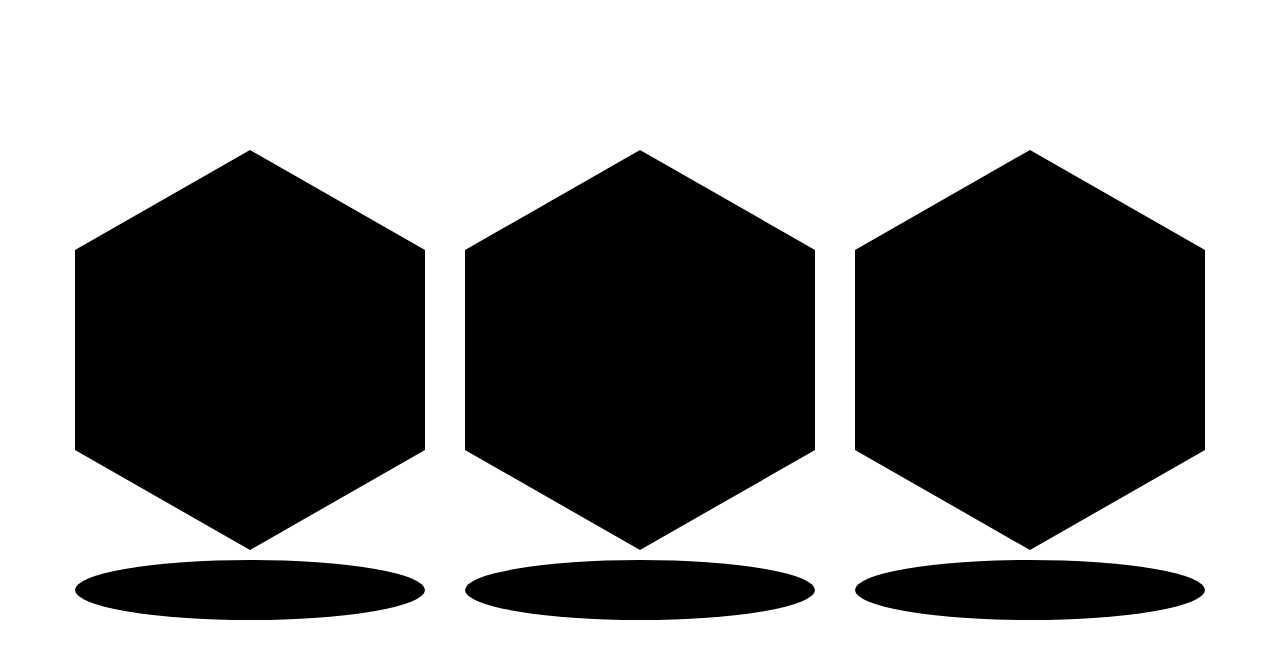
Repository: honghyunAhn/DailyFront
Page: Day210211_CSS_Hexagon_Div_Hover_Effects/index.html
An editor plug-in stored every save of this project. The page is shown before and after the next save, followed by the edit.
The browser window is 1280 px wide. The pictures show the whole page.

Above is the page before, as saved 2021-02-11 18:42:40.

After the next save:
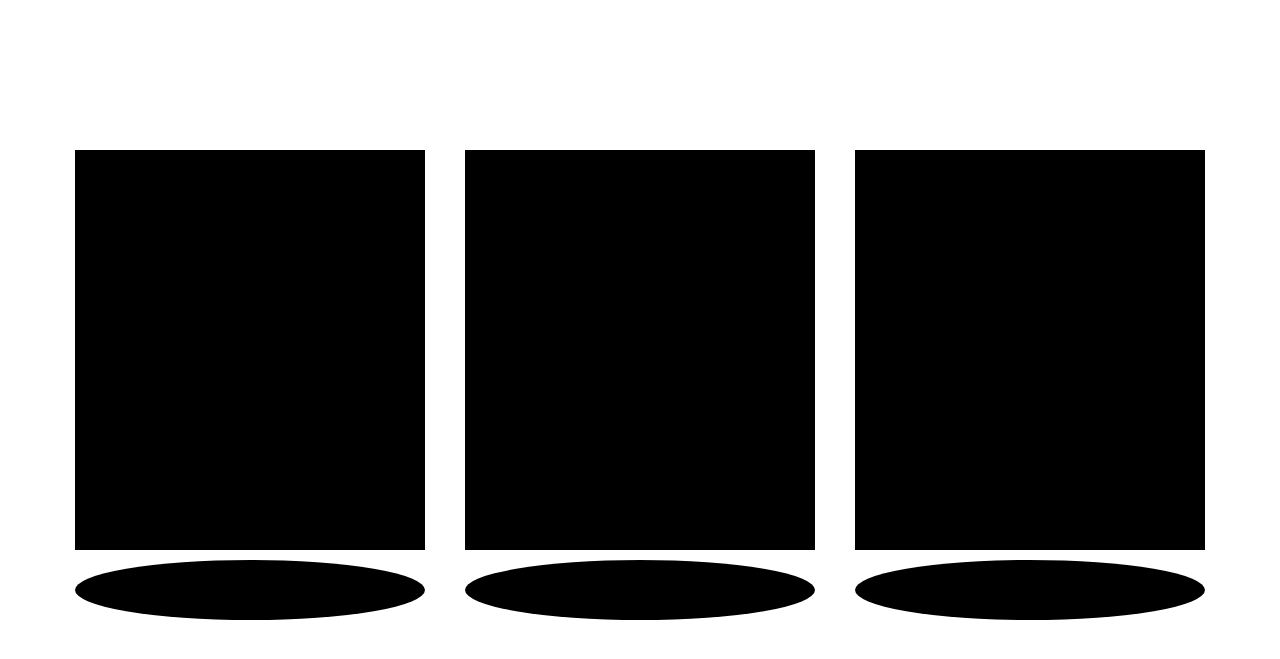
Saved 28 h 3 min later.
--- a/Day210211_CSS_Hexagon_Div_Hover_Effects/style.css
+++ b/Day210211_CSS_Hexagon_Div_Hover_Effects/style.css
@@ -41,5 +41,4 @@
   width: 100%;
   height: 100%;
   background: #000;
-  clip-path: polygon(0 25%, 50% 0, 100% 25%, 100% 75%, 50% 100%, 0 75%);
 }

After the save that followed:
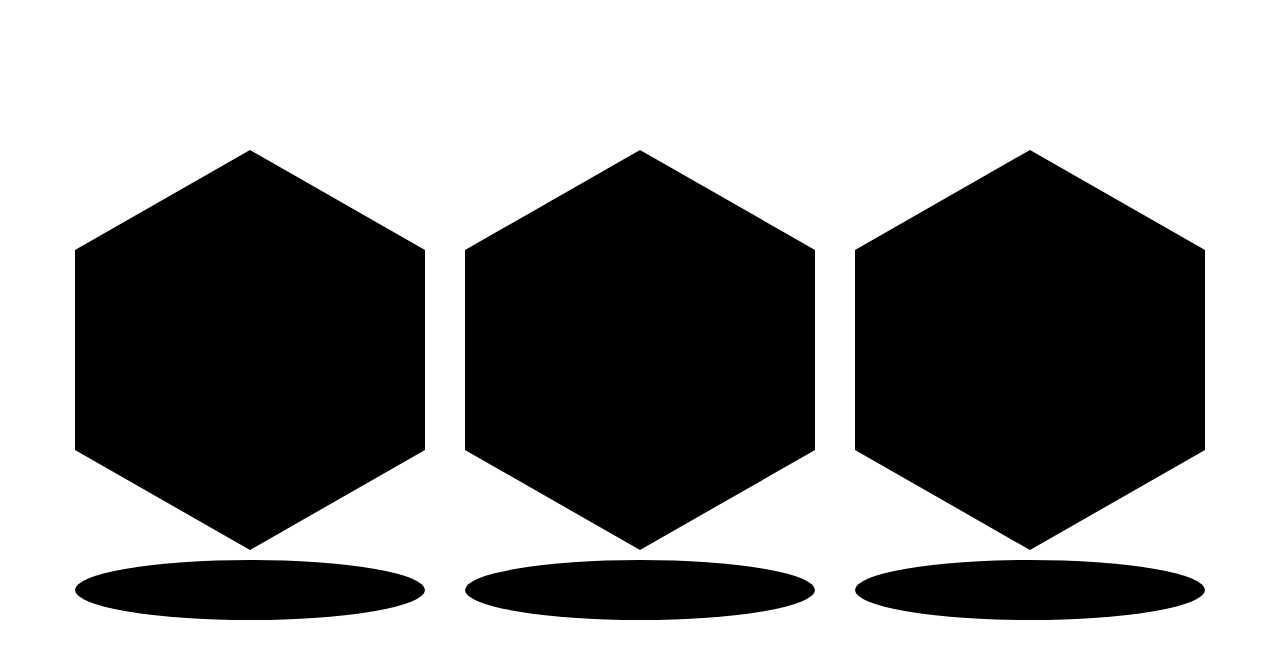
Saved 8 s later.
--- a/Day210211_CSS_Hexagon_Div_Hover_Effects/style.css
+++ b/Day210211_CSS_Hexagon_Div_Hover_Effects/style.css
@@ -41,4 +41,5 @@
   width: 100%;
   height: 100%;
   background: #000;
+  clip-path: polygon(0 25%, 50% 0, 100% 25%, 100% 75%, 50% 100%, 0 75%);
 }
